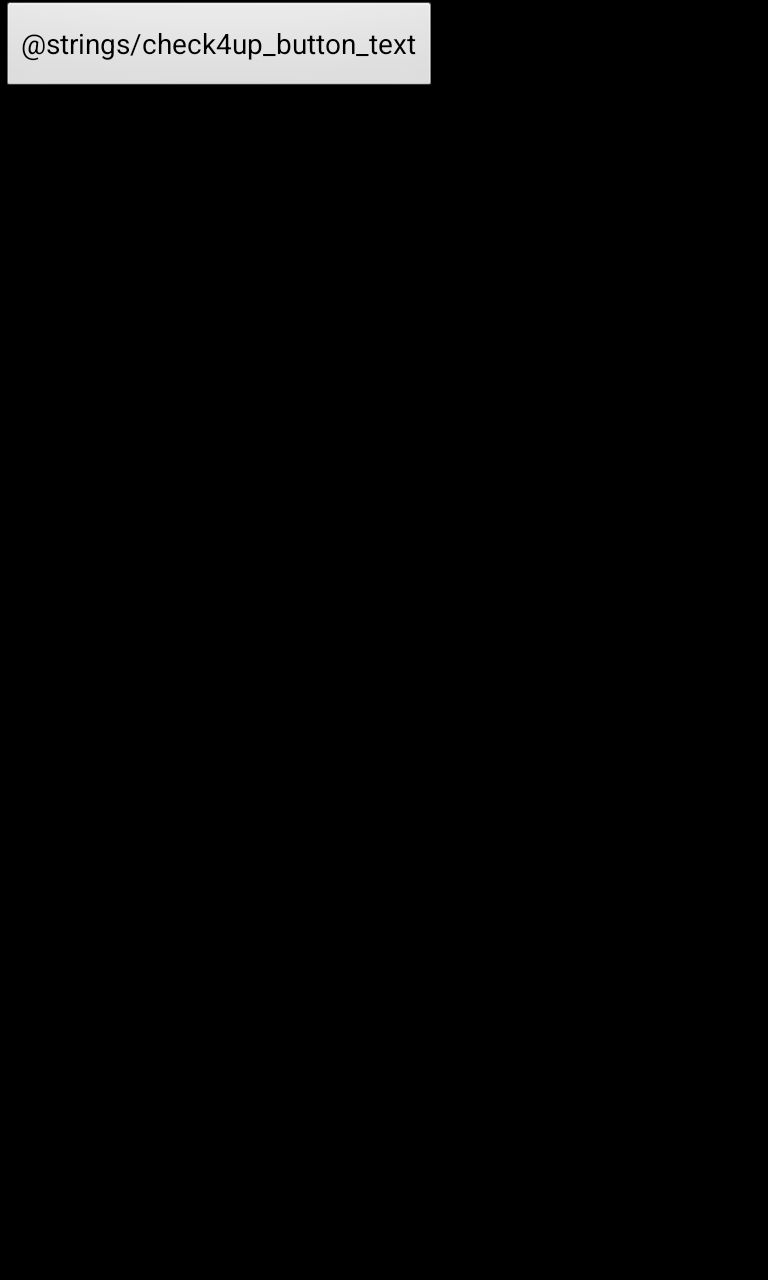
Repository: JerryScript-duplicate/BacksideUpdater
Layout: BacksideUpdater/res/layout/main.xml
An editor plug-in stored every save of this project. The layout is shown before and after the next save, followed by the edit.
It is drawn on a 768 x 1280 px phone screen (xhdpi) without system bars, with theme android:Theme; the app's code is not run.

Above is the layout before, as saved 2012-01-18 20:04:25.

After the next save:
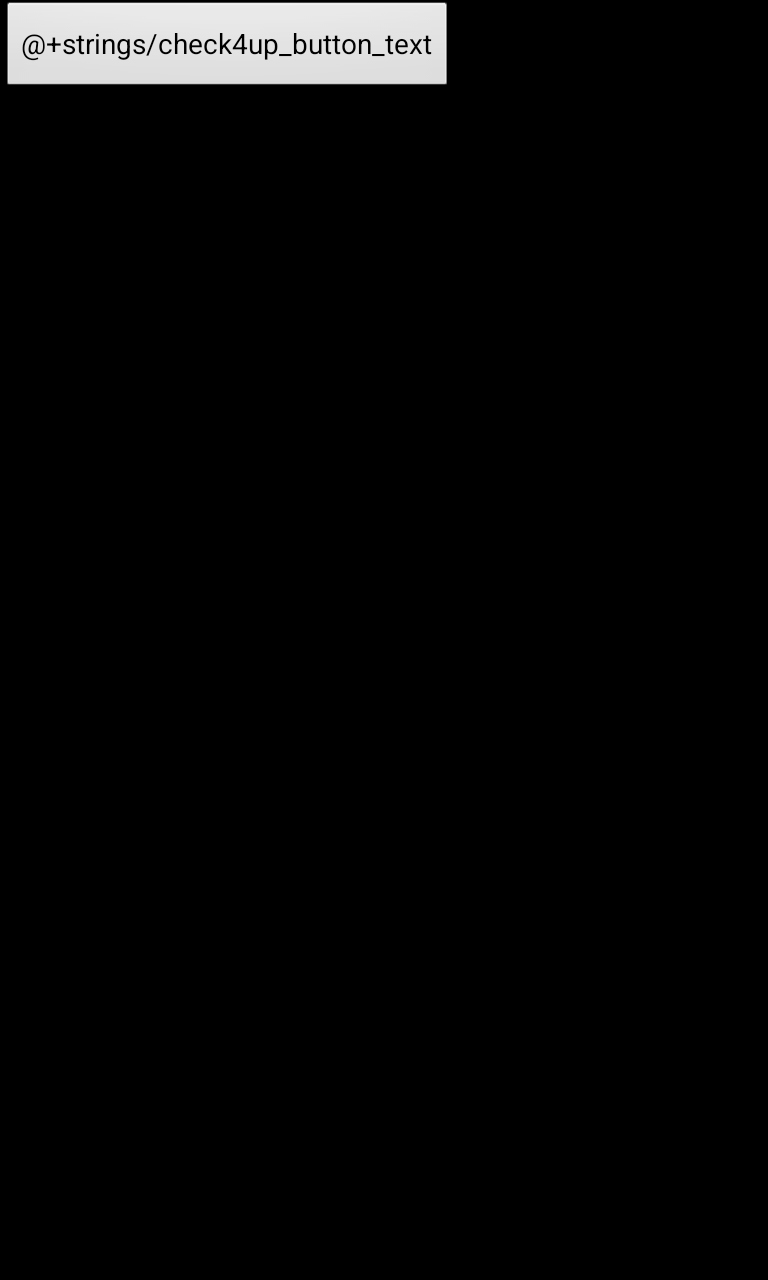
Saved 21 s later.
--- a/BacksideUpdater/res/layout/main.xml
+++ b/BacksideUpdater/res/layout/main.xml
@@ -16,7 +16,7 @@
         android:layout_width="wrap_content"
         android:layout_height="wrap_content"
         android:onClick="myClickHandler"
-        android:text="@strings/check4up_button_text" >
+        android:text="@+strings/check4up_button_text" >
     </Button>
 
     <TextView
